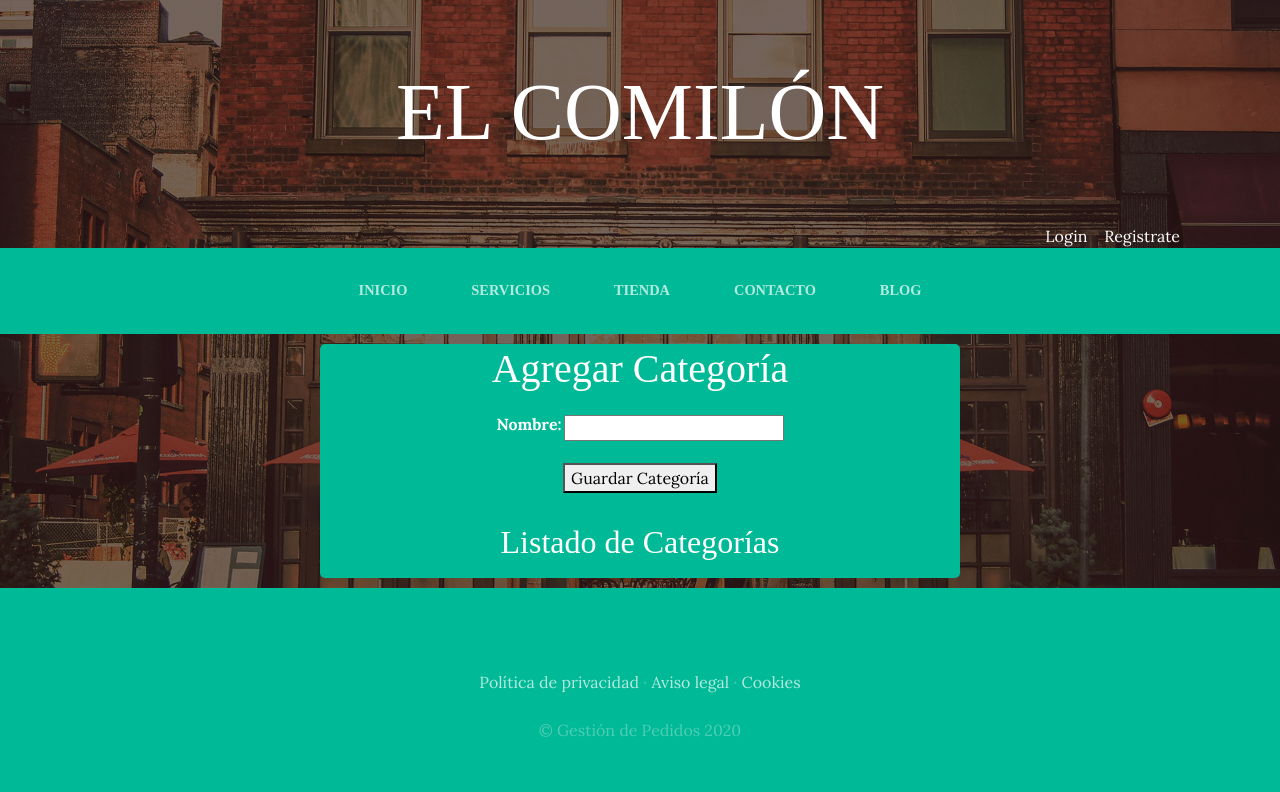
Repository: MatLarrea/Entrega_Elcomilon
Page: http://localhost/tienda/agregar_categoria/
An editor plug-in stored every save of this project. The page is shown before and after the next save, followed by the edit.
The browser window is 1280 px wide. The pictures show the whole page.
Backgrounds fixed to the window are drawn as part of the page. Some web fonts or font styles are not loaded; a fallback is used. The page is served by the project's application, run on Django 5.2 (manage.py). Other server files are loaded and not shown. Queries for data that is not in the repository find no rows.

Above is the page before, as saved 2024-07-11 22:21:07.
Console error: TypeError: Cannot read properties of null (reading 'addEventListener')

### TiendaApp/templates/tienda/agregar_categoria.html
{% extends 'layouts/base.html'%}

{% load static %}


{% block content %}
<div class="formularioContacto" style="text-align: center;">
    <h1 style="color: white;">Agregar Categoría</h1>
    <form method="post">
        {% csrf_token %}
        <table style="margin:20px auto; color: white;">
        {{ form.as_table }}
        </table>
        <button type="submit" style="display: block; margin: 0 auto;">Guardar Categoría</button>
    </form>

    <h2 style="color: white; margin-top: 30px;">Listado de Categorías</h2>
    <ul style="list-style-type: none; padding: 0;">
        {% for categoria in categorias %}
        <li style="margin-bottom: 10px;">
            {{ categoria.nombre }}
            <form method="post" action="{% url 'borrar_categoria' categoria.id %}" style="display: inline;">
                {% csrf_token %}
                <button type="submit" style="margin-left: 10px;">Borrar</button>
            </form>
        </li>
        {% endfor %}
    </ul>
</div>
{% endblock%}

### Carrito/context_processor.py
from django.contrib import messages

def importe_total_carro(request):

    total = 0

    if request.user.is_authenticated:
        for key, value in request.session["carrito"].items():
            total = total + float(value["precio"])
    else:
        total = "Error"
    return {"importe_total_carro":total}

### Tienda_OnlineApp/templates/layouts/base.html
<html>

<head>


    {% load static %}
    <!-- Bootstrap -->
    <link href="{% static 'Tienda_OnlineApp/vendor/bootstrap/css/bootstrap.min.css' %}" rel="stylesheet">

    <!-- Fonts -->

    <link href="https://fonts.googleapis.com/css2?family=Raleway:wght@300&display=swap" rel="stylesheet">
    <link href="https://fonts.googleapis.com/css?family=Lora:400,400i,700,700i" rel="stylesheet">


    <!-- Styles -->
    <link href="{% static 'Tienda_OnlineApp/css/gestion.css' %}" rel="stylesheet">
</head>

<body>

    <h1 class="site-heading text-center text-white d-none d-lg-block">

        <span class="site-heading-lower">El comilón</span>
    </h1>

    <div style="text-align: right; margin-right: 100px; color: white;">

        {% if user.is_authenticated %}
           Bienvenido {{user.username}} &nbsp;&nbsp; <a href="{% url 'cerrar_sesion'%}" style="color: white;"> Cerrar sesión</a>
        {% else %}
            <a href="{% url 'logear' %}" style="color: white;">Login</a> &nbsp;&nbsp; <a href="{% url 'registro'%}" style="color: white;">Registrate</a>
        {% endif %}
    </div>
    <!-- Navbar -->
    <nav class="navbar navbar-expand-lg navbar-dark py-lg-4" id="mainNav">
        <div class="container">
            <a class="navbar-brand text-uppercase text-expanded font-weight-bold d-lg-none" href="home.html">Gestión de Pedidos
            </a>
            <button class="navbar-toggler" type="button" data-toggle="collapse" data-target="#navbarResponsive"
                aria-controls="navbarResponsive" aria-expanded="false" aria-label="Toggle navigation">
                <span class="navbar-toggler-icon"></span>
            </button>
            <div class="collapse navbar-collapse" id="navbarResponsive">
                <ul class="navbar-nav mx-auto">
                    <li class="nav-item {% if request.path == '/' %}active{% endif %} px-lg-4">
                        <a class="nav-link text-uppercase text-expanded" href="{% url 'home' %}">Inicio</a>
                    </li>
                    <li class="nav-item {% if request.path == '/servicios/' %}active{% endif %} px-lg-4">
                        <a class="nav-link text-uppercase text-expanded" href="{% url 'servicios' %}">Servicios</a>
                    </li>
                    <li class="nav-item {% if request.path == '/tienda/' %}active{% endif %} px-lg-4">
                        <a class="nav-link text-uppercase text-expanded" href="{% url 'tienda' %}">Tienda</a>
                    </li>
                    <li class="nav-item {% if request.path == '/contacto/' %}active{% endif %} px-lg-4">
                        <a class="nav-link text-uppercase text-expanded" href="{% url 'contacto' %}">Contacto</a>
                    </li>
                    <li class="nav-item {% if request.path|slice:':6' == '/blog/' %}active{% endif %} px-lg-4">
                        <a class="nav-link text-uppercase text-expanded" href="{% url 'blog' %}">Blog</a>
                    </li>
                    {% if user.is_superuser %}
                        <li class="nav-item {% if request.path == '/agregar_categoria/' %}active{% endif %} px-lg-4">
                            <a class="nav-link text-uppercase text-expanded" href="{% url 'agregar_categoria' %}">Administracion Categorias</a>
                        </li>
                        <li class="nav-item {% if request.path == '/agregar_categoria/' %}active{% endif %} px-lg-4">
                            <a class="nav-link text-uppercase text-expanded" href="{% url 'agregar_categoria' %}">Administracion Productos</a>
                        </li>
                    {% endif %}
                </ul>
            </div>
        </div>
    </nav>

    <!-- Contenido de las paginas-->
    {% block content%}

    {% endblock %}

    <!-- Footer -->
    <footer class="footer text-faded text-center py-5">
        <div class="container">
            <p class="m-0">
                <a href="#" class="link">
                    <span class="fa-stack fa-lg">
                        <i class="fa fa-circle fa-stack-2x"></i>
                        <i class="fa fa-twitter fa-stack-1x fa-inverse"></i>
                    </span>
                </a>
                <a href="#" class="link">
                    <span class="fa-stack fa-lg">
                        <i class="fa fa-circle fa-stack-2x"></i>
                        <i class="fa fa-facebook fa-stack-1x fa-inverse"></i>
                    </span>
                </a>
                <a href="#" class="link">
                    <span class="fa-stack fa-lg">
                        <i class="fa fa-circle fa-stack-2x"></i>
                        <i class="fa fa-instagram fa-stack-1x fa-inverse"></i>
                    </span>
                </a>
            </p>
            <p class="m-0 mbt">
                <a href="sample.html" class="link">Política de privacidad</a> ·
                <a href="sample.html" class="link">Aviso legal</a> ·
                <a href="sample.html" class="link">Cookies</a>
            </p>
            <p class="m-0 mbt1">&copy; Gestión de Pedidos 2020</p>
        </div>
    </footer>

    <!-- Bootstrap -->
    <script src="{% static 'Tienda_OnlineApp/vendor/jquery/jquery.min.js' %}"></script>
    <script src="{% static 'Tienda_OnlineApp/vendor/bootstrap/js/bootstrap.bundle.min.js' %}"></script>
    <script src="{% static 'Tienda_OnlineApp/js/gestion.js' %}"></script>
</body>

</html>

### TiendaApp/forms.py
from django import forms
from .models import Categoria_producto

class CategoriaProductoForm(forms.ModelForm):
    class Meta:
        model = Categoria_producto
        fields = ['nombre']

### TiendaApp/models.py
from django.db import models

# Create your models here.
class Categoria_producto(models.Model):
    nombre = models.CharField(max_length=100, unique=True)
    created = models.DateTimeField(auto_now_add=True)
    updated = models.DateTimeField(auto_now_add=True)

    class Meta:
        verbose_name = "categoria_producto"
        verbose_name_plural = "categorias_producto"

    def __str__(self):
        return self.nombre

class Producto(models.Model):
    nombre = models.CharField(max_length=50)
    precio = models.FloatField()
    categorias =  models.ForeignKey(Categoria_producto, on_delete=models.CASCADE)
    imagen = models.ImageField(upload_to="tienda", null=True, blank=True)
    disponibilidad = models.BooleanField(default=True)
    created = models.DateTimeField(auto_now_add=True)
    updated = models.DateTimeField(auto_now_add=True)

    class Meta:
        verbose_name = "producto"
        verbose_name_plural = "productos"

    def __str__(self):
        return self.nombre

### TiendaApp/views.py
from django.shortcuts import render, redirect, get_object_or_404
from .models import Producto, Categoria_producto
from .forms import CategoriaProductoForm
from django.contrib import messages
from django.db import IntegrityError

# Create your views here.
def tienda(request):
    productos = Producto.objects.all()
    return render(request, "tienda/tienda.html", {"productos":productos})

def agregar_categoria(request):
    if request.method == 'POST':
        form = CategoriaProductoForm(request.POST)
        if form.is_valid():
            nombre_categoria = form.cleaned_data['nombre']
            try:
                form.save()
                messages.success(request, f'Categoría "{nombre_categoria}" agregada correctamente.')
                return redirect('agregar_categoria')  # Redirige a la misma página de agregar categoría
            except IntegrityError:
                messages.error(request, f'La categoría "{nombre_categoria}" ya existe.')
    else:
        form = CategoriaProductoForm()

    categorias = Categoria_producto.objects.all()  # Obtener todas las categorías desde la base de datos

    return render(request, 'tienda/agregar_categoria.html', {'form': form, 'categorias': categorias})

def borrar_categoria(request, categoria_id):
    categoria = get_object_or_404(Categoria_producto, pk=categoria_id)
    if request.method == 'POST':
        categoria.delete()
        messages.success(request, f'Categoría "{categoria.nombre}" eliminada correctamente.')
        return redirect('agregar_categoria')  # Redirige de nuevo a la misma página de agregar categoría
    return redirect('agregar_categoria')  # En caso de que no sea POST, redirige a la misma página de agregar categoría

### Tienda_Online/urls.py
"""
URL configuration for Tienda_Online project.

The `urlpatterns` list routes URLs to views. For more information please see:
    https://docs.djangoproject.com/en/5.0/topics/http/urls/
Examples:
Function views
    1. Add an import:  from my_app import views
    2. Add a URL to urlpatterns:  path('', views.home, name='home')
Class-based views
    1. Add an import:  from other_app.views import Home
    2. Add a URL to urlpatterns:  path('', Home.as_view(), name='home')
Including another URLconf
    1. Import the include() function: from django.urls import include, path
    2. Add a URL to urlpatterns:  path('blog/', include('blog.urls'))
"""
from django.contrib import admin
from django.urls import path, include
from django.conf import settings
from django.conf.urls.static import static

urlpatterns = [
    path('admin/', admin.site.urls),
    path('', include("Tienda_OnlineApp.urls")),
    path('servicios/', include("ServiciosApp.urls")),
    path('blog/', include("BlogApp.urls")),
    path('contacto/', include("ContactoApp.urls")),
    path('tienda/', include("TiendaApp.urls")),
    path('carrito/', include("Carrito.urls")),
    path('auth/', include("AutentificacionApp.urls")),
]

urlpatterns += static(settings.MEDIA_URL, document_root = settings.MEDIA_ROOT)

### ServiciosApp/urls.py
from django.urls import path
from . import views

urlpatterns = [
    path('', views.servicios, name="servicios"),
]

### BlogApp/urls.py
from django.urls import path
from . import views

urlpatterns = [
    path('', views.blog, name="blog"),
    path('categoria/<categoria_id>/', views.categoria, name="categoria"),
]

### ContactoApp/urls.py
from django.urls import path
from . import views

urlpatterns = [
    path('', views.contacto, name="contacto"),
]

### TiendaApp/urls.py
from django.urls import path
from . import views
from .views import agregar_categoria


urlpatterns = [
    path('', views.tienda, name="tienda"),
    path('agregar_categoria/', views.agregar_categoria, name='agregar_categoria'),
]

### Carrito/urls.py
from django.urls import path
from . import views

app_name = "ctienda"

urlpatterns = [

    path("agregar/<int:producto_id>/", views.agregar_producto, name="agregar"),
    path("eliminar/<int:producto_id>/", views.eliminar_producto, name="eliminar"),
    path("restar/<int:producto_id>/", views.restar_producto, name="restar"),
    path("limpiar/", views.limpiar_carrito, name="limpiar"),
]

### AutentificacionApp/urls.py
from django.urls import path
from .views import VRegistro, cerrar_sesion, logear



urlpatterns = [
    path('', VRegistro.as_view() , name="registro"),
    path('cerrar_sesion', cerrar_sesion, name="cerrar_sesion"),
    path('login', logear, name="logear"),
]

### Tienda_OnlineApp/static/Tienda_OnlineApp/css/gestion.css
body {
  font-family: 'Lora';
  background: linear-gradient(rgba(47, 23, 15, 0.65), rgba(47, 23, 15, 0.65)), url("../img/bg_mainn.jpg");
  background-attachment: fixed;
  background-position: center;
  background-size: cover;
}

h1,
h2,
h3,
h4,
h5,
h6 {
  font-family: 'Raleway';
}

p {
  line-height: 1.75;
}

.text-faded {
  color: rgba(255, 255, 255, 0.3);
}

.site-heading {
  margin-top: 5rem;
  margin-bottom: 5rem;
  text-transform: uppercase;
  line-height: 1;
  font-family: 'Raleway';
}

.site-heading .site-heading-upper {
  display: block;
  font-size: 2rem;
  font-weight: 800;
}

.site-heading .site-heading-lower {
  font-size: 5rem;
  font-weight: 100;
  line-height: 4rem;
}

.page-section {
  margin-top: 5rem;
  margin-bottom: 5rem;
}

.section-heading {
  text-transform: uppercase;
}

.section-heading .section-heading-upper {
  display: block;
  font-size: 1rem;
  font-weight: 800;
  padding-bottom: .5rem;

}

.section-heading .section-heading-lower {
  display: block;
  font-size: 3rem;
  font-weight: 100;
}


.section-heading .section-heading-under {
  display: block;
  font-size: 1rem;
  text-transform: none;
  font-weight: 300;
  margin-top: .5rem;
}

.bg-faded {
  background-color: rgba(255, 255, 255, 0.85);
}

#mainNav {
  background-color: rgb(0, 185, 151);
  font-family: 'Raleway';
}

#mainNav .navbar-brand {
  color: #ffffff;
}

#mainNav .navbar-nav .nav-item .nav-link {
  color: rgba(255, 255, 255, 0.7);
  font-weight: 800;
}

#mainNav .navbar-nav .nav-item.active .nav-link {
  color: #ffffff;
  text-decoration: underline;
}

@media (min-width: 992px) {
  #mainNav .navbar-nav .nav-item .nav-link {
    font-size: 0.9rem;
  }

  #mainNav .navbar-nav .nav-item .nav-link:hover {
    color: rgba(255, 255, 255, 0.4);
    text-decoration: underline;
  }

  #mainNav .navbar-nav .nav-item.active .nav-link:hover {
    color: #ffffff;
    text-decoration: underline;
  }
}

.btn-xl {
  font-weight: 700;
  font-size: 0.8rem;
  padding-top: 1.5rem;
  padding-bottom: 1.5rem;
  padding-left: 2rem;
  padding-right: 2rem;
}

.intro {
  position: relative;
}

@media (min-width: 992px) {
  .intro .intro-img {
    width: 75%;
    float: left;
  }

  .intro .intro-text {
    left: 600;
    width: 60%;
    margin-top: 3rem;
    background-color: rgb(0, 185, 151);
    color: cornsilk;
    position: absolute;
  }

  .intro .intro-text .intro-button {
    width: 100%;
    left: 0;
    position: absolute;
    bottom: -2rem;
  }
}

@media (min-width: 1200px) {
  .intro .intro-text {
    width: 45%;
  }
}

.cta {
  padding-top: 5rem;
  padding-bottom: 5rem;
  background-color: rgb(242, 245, 240);
}

.cta .cta-inner {
  position: relative;
  padding: 3rem;
  margin: 0.5rem;
  background-color: rgb(0, 185, 151);
  color: cornsilk;
}

.cta .cta-inner:before {
  border-radius: 0.5rem;
  content: '';
  position: absolute;
  top: -0.5rem;
  bottom: -0.5rem;
  left: -0.5rem;
  right: -0.5rem;
  border: 0.25rem solid rgba(255, 255, 255, 0.85);
}

.cta .cta-innerv {
  position: relative;
  padding: 3rem;
  margin: 0.5rem;
  background-color: rgba(255, 255, 255, 0.85);
}

@media (min-width: 992px) {
  .about-heading .about-heading-img {
    position: relative;
    z-index: 0;
  }

  .about-heading .about-heading-content {
    margin-top: -5rem;
    position: relative;
    z-index: 1;
  }
}

@media (min-width: 992px) {
  .product-item .product-item-title {
    position: relative;
    z-index: 1;
    margin-bottom: -3rem;
  }

  .product-item .product-item-img {
    position: relative;
    z-index: 0;
    max-width: 60vw;
  }

  .product-item .product-item-description {
    position: relative;
    z-index: 1;
    margin-top: -3rem;
    max-width: 50vw;
  }
}



@media (min-width: 992px) {
  .list-hours {
    width: 50%;
    font-size: 1.1rem;
  }
}

.address strong {
  font-size: 1.2rem;
}

.footer {
  background-color: rgb(0, 185, 151);
}



.btn {
  box-shadow: 0px 3px 3px 0px rgba(33, 37, 41, 0.1);
}



.font-weight-light {
  font-weight: 100 !important;
}

.mbtm {
  padding-top: 5rem;
}

.mbt {
  padding-top: 2rem;
}

.mbt1 {
  padding-top: 1.25rem;
}

a.link {
  color: rgba(255, 255, 255, 0.7);
}

a.link:hover {
  text-decoration: none;
  color: rgba(255, 255, 255, 0.4);
}

.section-content {
  font-family: 'Lora' !important;
  font-size: 16px !important;
  font-weight: 400 !important;
  line-height: 28px !important;
}

ul.errorlist {
  padding-top: .75rem;
  font-style: italic;
  color: red;
}

.linksCategorias{
  color: white !important;
  text-decoration: underline;
}

.linksCategorias:hover{
  text-decoration: none;
}

.formularioContacto{
  background-color:  rgb(0, 185, 151);
  margin: auto;
  width: 50%;
  margin: 10px auto;
  border-radius: 5px;
  padding: 1px 0px;
}

/*Mapa api*/

#encuentranos p{
  text-align: center;
}

#map{
  border-radius: 5rem;
  border-style: ridge;
  border-width: 1rem;
  border-color:  rgb(0, 185, 151);
  height: 30rem;
  width: 80%;
  margin: auto;
}

.texto-mapa{
  color: black;
  font-size: 2rem;
}

.mapa{
  background-color: #fff;
  padding-bottom: 5rem;
}

.clima button{

  text-decoration: none;
  color: #fff;
  border-color: black;
  max-width: 20rem;
  height: 2rem;
}

#resultado{
  background-color:   rgb(0, 185, 151);
  color: black;
  max-width: 15rem;
}

#inicio{
  margin: 1% 1%;
}

### Tienda_OnlineApp/static/Tienda_OnlineApp/js/gestion.js
//Creacion de ubicacion localizacion local google map api
let map;
async function initMap() {
  let coord  = {lat:-33.012516 ,lng:-71.549197 };
  const { Map } = await google.maps.importLibrary("maps");
  map = new Map(document.getElementById("map"), {
    center: coord,
    zoom: 16,
  });
  var marker = new google.maps.Marker({
    position: coord,
    map: map
});
}
initMap();


//Obtencion datos API openweathermap
let key = 'b2158dabed90c6c3a9797b6e96405750';
let ciudad = document.getElementById('city');
let boton = document.getElementById('btn');
let resultado = document.getElementById('resultado');
let get_weather = () => {
  let city_name = ciudad.value;
    let url = `https://api.openweathermap.org/data/2.5/weather?q=${city_name}&appid=${key}&units=metric`
    fetch(url).then((resp) => resp.json()).then(data => {
      console.log("la temperatura es " +(data.main.temp)+'°');
      console.log(data.weather[0].description);
      console.log(data);
      resultado.innerHTML = `<h2>${data.name} | ${data.main.temp+'°'}</h2>`
    });
}
boton.addEventListener('click',get_weather);

Loaded but not shown: Tienda_OnlineApp/urls.py (common file)

After the next save:
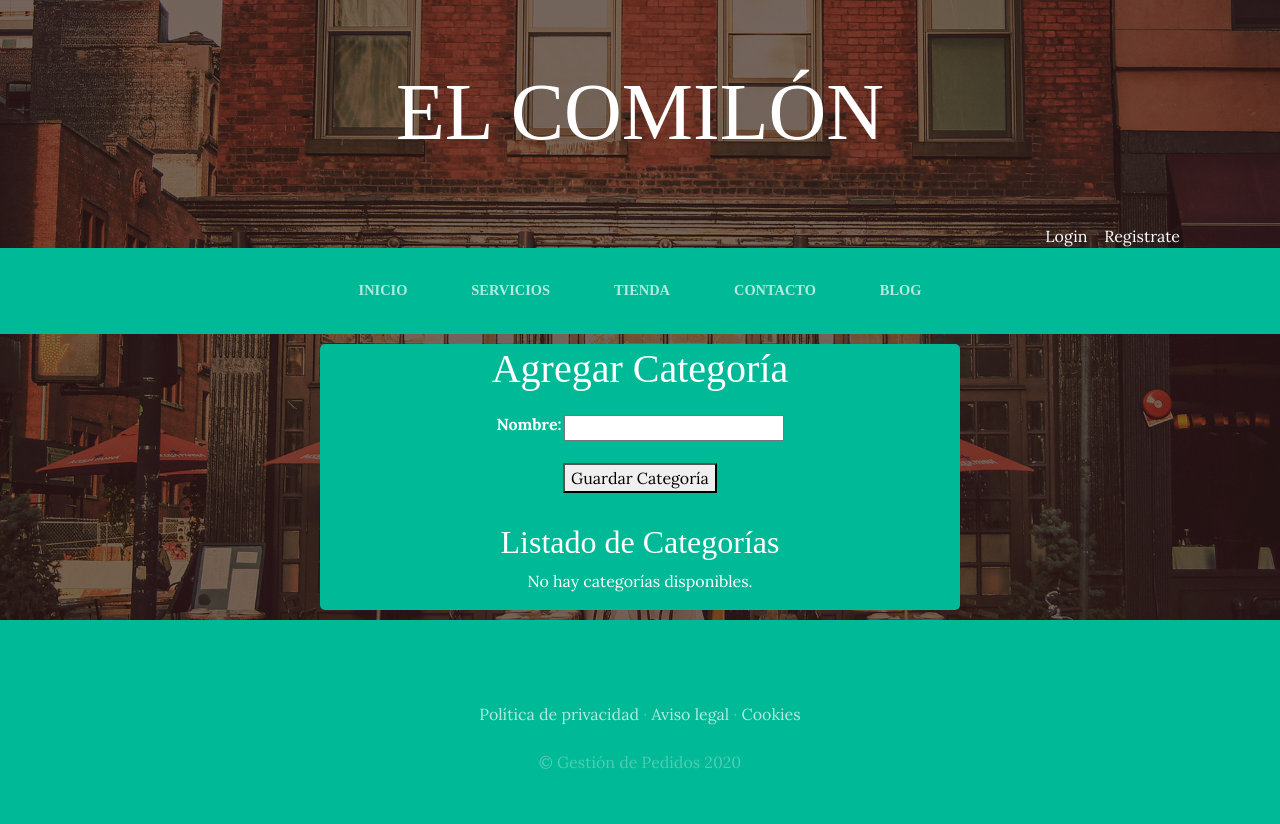
Saved 35 s later.
--- a/TiendaApp/templates/tienda/agregar_categoria.html
+++ b/TiendaApp/templates/tienda/agregar_categoria.html
@@ -21,9 +21,11 @@
             {{ categoria.nombre }}
             <form method="post" action="{% url 'borrar_categoria' categoria.id %}" style="display: inline;">
                 {% csrf_token %}
-                <button type="submit" style="margin-left: 10px;">Borrar</button>
+                <button type="submit" style="margin-left: 10px;">Eliminar</button>
             </form>
         </li>
+        {% empty %}
+        <li style="color: white;">No hay categorías disponibles.</li>
         {% endfor %}
     </ul>
 </div>
